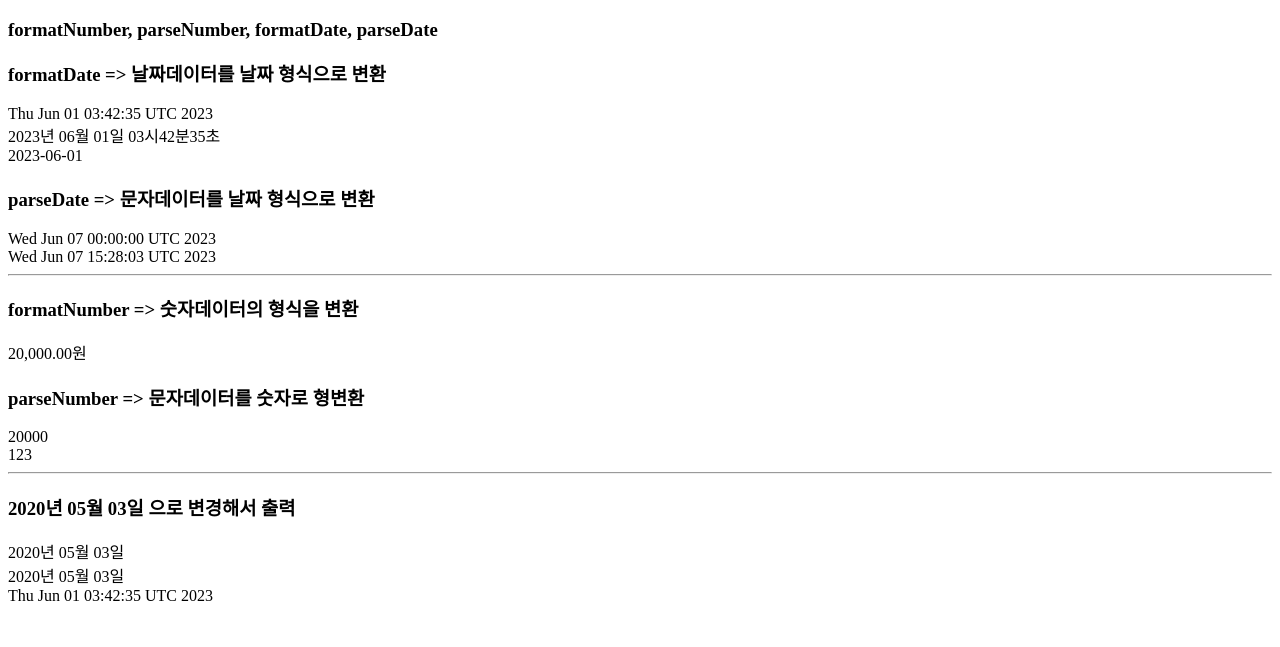
Repository: sun2898/JSP
Page: http://localhost/JSPBasic/JSTL/jstl_fmt.jsp
An editor plug-in stored every save of this project. The page is shown before and after the next save, followed by the edit.
The browser window is 1280 px wide. The pictures show the whole page.
The page is served by Tomcat 9. Other server files are loaded and not shown.

Above is the page before, as saved 2023-06-07 06:58:35.

### JSPBasic/src/main/webapp/JSTL/jstl_fmt.jsp
<%@page import="java.util.Date"%>
<%@ page language="java" contentType="text/html; charset=UTF-8"
    pageEncoding="UTF-8"%>
<%@ taglib prefix="fmt" uri="http://java.sun.com/jsp/jstl/fmt" %>
<%@ taglib prefix="c" uri="http://java.sun.com/jsp/jstl/core" %>
<!DOCTYPE html>
<html>
<head>
<meta charset="UTF-8">
<title>Insert title here</title>
</head>
<body>

	<%--
	 fmt는 형변환을 다루는 기능을 가지고 있다.

	 Integer.parseInt() : String > int
	 parse -> 다른타입으로 형 변환
	 format -> 같은타입의 형태를 변환

	 날짜형태를 변환하는 것을 좀 더 주의깊게 공부할 것!
	 --%>

	<h3>formatNumber, parseNumber, formatDate, parseDate</h3>

	<h3>formatDate => 날짜데이터를 날짜 형식으로 변환</h3>

	<c:set var="a" value="<%=new Date() %>"/>

	${a } <!-- Wed Jun 07 15:19:02 KST 2023 -->
	<br>
	<fmt:formatDate var="a01" value="${a }" pattern="yyyy년 MM월 dd일 HH시mm분ss초"/>
	<fmt:formatDate var="a02" value="${a }" pattern="yyyy-MM-dd"/>
	${a01 }<br>
	${a02 }<br>

	<h3>parseDate => 문자데이터를 날짜 형식으로 변환</h3>

	<fmt:parseDate value="2023-06-07" pattern="yyyy-MM-dd"/><br>
	<fmt:parseDate value="2023년06월07일 15시28분03초" pattern="yyyy년MM월dd일 HH시mm분ss초"/>

	<hr>

	<h3>formatNumber => 숫자데이터의 형식을 변환</h3>

	<c:set var ="b" value="20000"/>

	<fmt:formatNumber value="${b }" pattern="00,000.00원"/><br>

	<h3>parseNumber => 문자데이터를 숫자로 형변환</h3>

	<fmt:parseNumber value="20,000원" pattern="00,000원"/><br>
	<fmt:parseNumber value="123asd원" pattern="000asd원"/>

	<hr/>

	<h3>2020년 05월 03일 으로 변경해서 출력</h3>
	<c:set var="TIME_A" value="2020/05/03" />
	<c:set var="TIME_C" value="2020-05-03 21:30:22" />
	<c:set var="TIME_D" value="<%=new Date() %>" />

	<fmt:parseDate var="A" value="${TIME_A }" pattern="yyyy/MM/dd"/>
	<fmt:formatDate value="${A }" pattern="yyyy년 MM월 dd일"/><br>

	<fmt:parseDate var="C" value="${TIME_C }" pattern = "yyyy-MM-dd HH:mm:ss"/>
	<fmt:formatDate value="${C }" pattern = "yyyy년 MM월 dd일"/><br>

	${TIME_D }










</body>
</html>

After the next save:
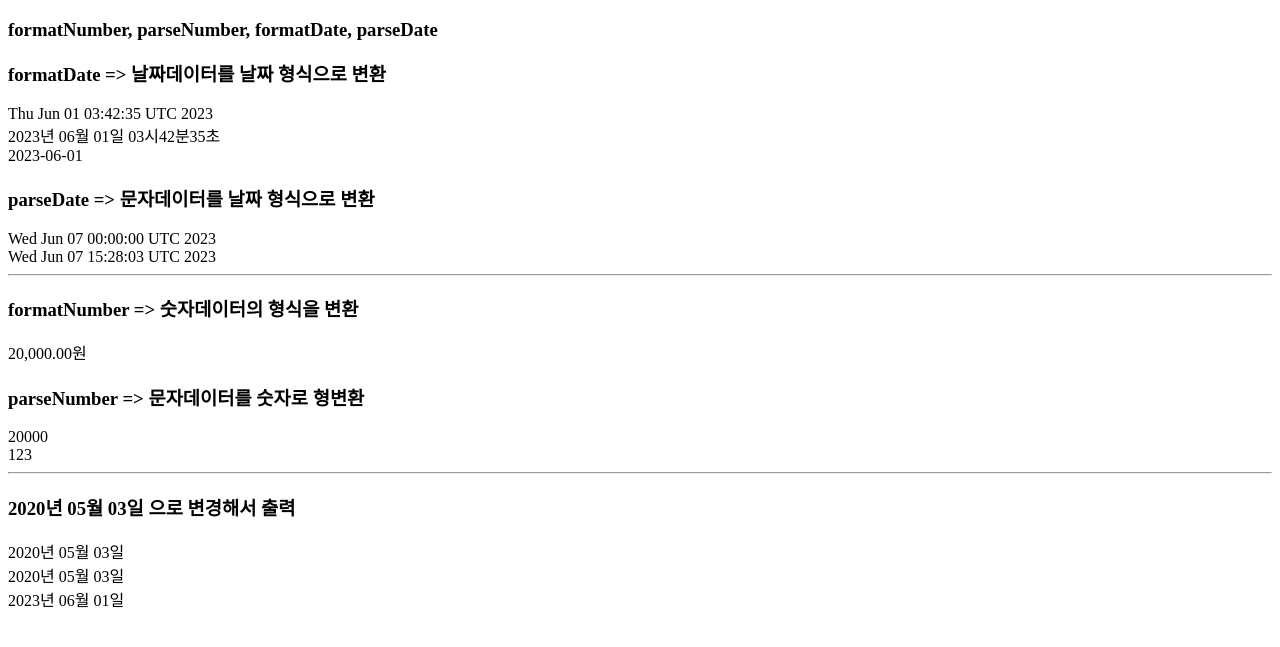
Saved 90 s later.
--- a/JSPBasic/src/main/webapp/JSTL/jstl_fmt.jsp
+++ b/JSPBasic/src/main/webapp/JSTL/jstl_fmt.jsp
@@ -65,7 +65,7 @@
 	<fmt:parseDate var="C" value="${TIME_C }" pattern = "yyyy-MM-dd HH:mm:ss"/>
 	<fmt:formatDate value="${C }" pattern = "yyyy년 MM월 dd일"/><br>
 
-	${TIME_D }
+	<fmt:formatDate value = "${TIME_D}" pattern="yyyy년 MM월 dd일"	/>
 
 
 
